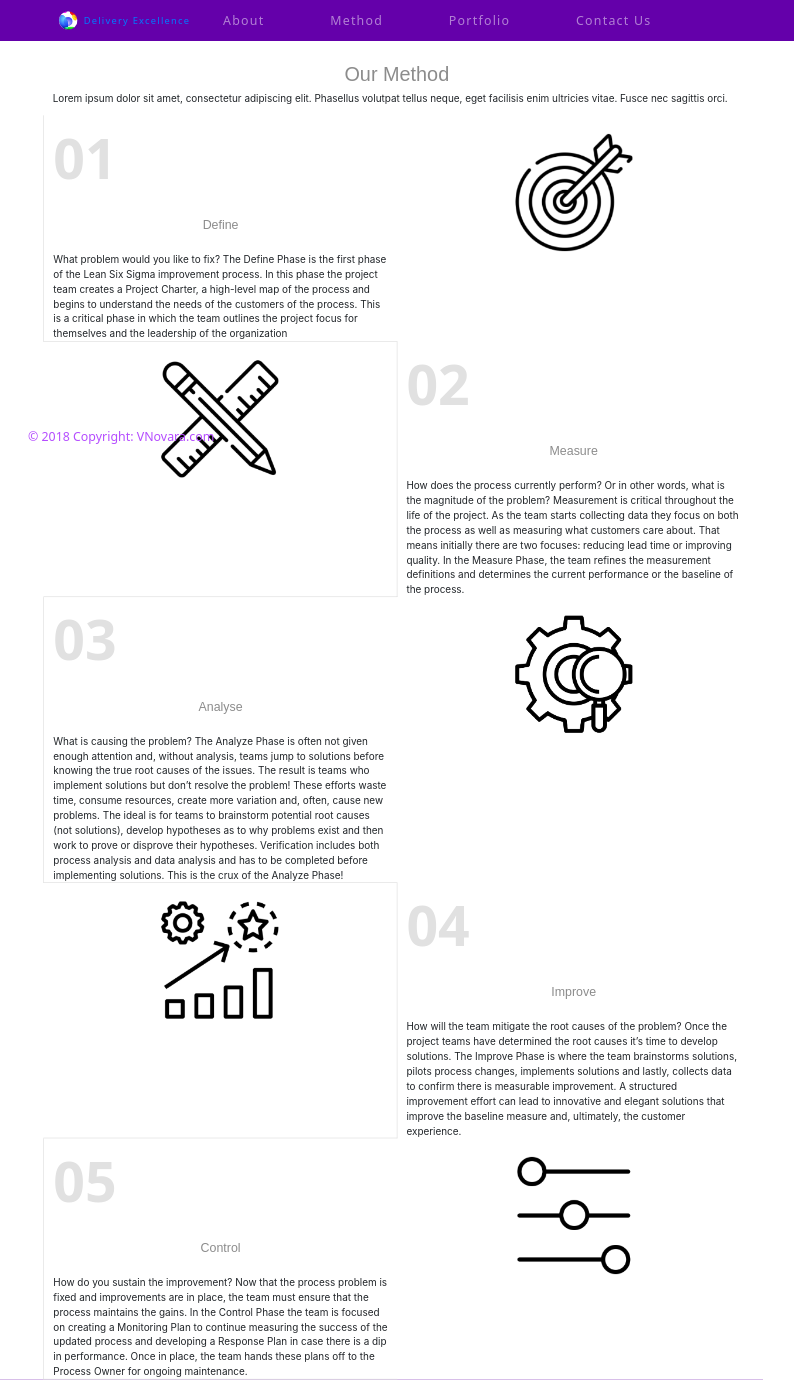
Repository: valenovi76/DeliveryExcellence
Page: method.html
The author's editor kept a record of every edit. The page is drawn from the files as they stood at one moment, then again after the next edit.
The browser window is 1280 px wide. The pictures show the whole page, at 62% of full size.
Some web libraries are served in a nearby version.

Above is the page before.
Console error (its wording comes from the project's code and is left out).

After the next edit:
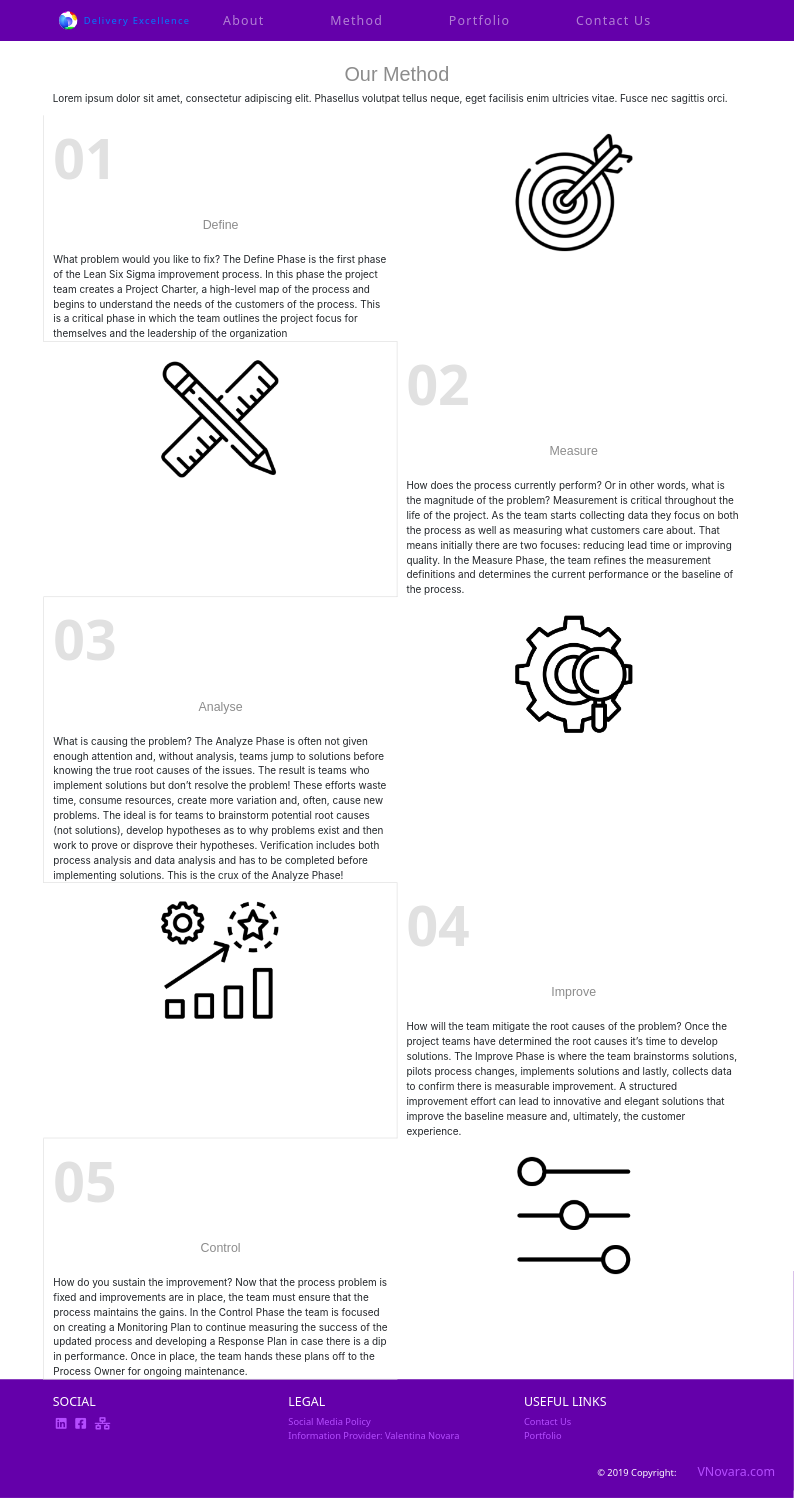
The edit:
--- a/method.html
+++ b/method.html
@@ -130,11 +130,51 @@
             </div>
         </div>
 
-        <footer class="container-fluid font-small blue fixed-bottom">
-                <div class="footer-copyright">
-                    <a href="https://mdbootstrap.com/education/bootstrap/"> © 2018 Copyright: VNovara.com</a>
-                </div>
-        </footer>
+      <!-- Bootstrap Footer -->
+      <footer class="page-footer font-small  pt-4">
+         <div class="container text-center text-md-left">
+            <div class="row">
+               <div class="col-sm">
+                  <h5 class="text-uppercase">Social</h5>
+                  <ul class="list-unstyled">
+                  <li class="unstyled-icons">
+                     <a class="social-icon" href="https://www.linkedin.com/company/bt" title="LinkedIn"><i class="fab fa-linkedin"></i></a>
+                  </li>
+                  <li class="unstyled-icons">
+                     <a class="social-icon" href="https://www.facebook.com/BTUK/"  title="FaceBook"><i class="fab fa-facebook-square"></i></a>
+                  </li>
+                  <li class="unstyled-icons">
+                     <a class="social-icon" href="https://intra.bt.com/" title="BT Intranet"><i class="fas fa-network-wired"></i></a>
+                  </li>
+                  </ul>
+               </div>
+               <div class="col-sm">
+                  <h5 class="text-uppercase">Legal</h5>
+                  <ul class="list-unstyled">
+                     <li>
+                        <a   href="https://intra.bt.com/bt/group/socialmedia/Pages/Social-media-guidelines.aspx">Social Media Policy</a>
+                     </li>
+                     <li>
+                        <a  href="https://myprofile.bt.com/person.aspx">Information Provider: Valentina Novara</a>
+                     </li>
+                  </ul>
+               </div>
+               <div class="col-sm">
+                  <h5 class="text-uppercase">Useful Links</h5>
+                  <ul class="list-unstyled">
+                     <li>
+                        <a   href="contact.html">Contact Us</a>
+                     </li>
+                     <li>
+                        <a   href="portfolio.html">Portfolio</a>
+                  </ul>
+               </div>
+            </div>
+         </div>
+            <div class="footer-copyright text-right py-3">© 2019 Copyright:
+            <a href="https://mdbootstrap.com/education/bootstrap/"> VNovara.com</a>
+         </div>
+      </footer>
 
 
 <!-- Bootstrap core JavaScript
